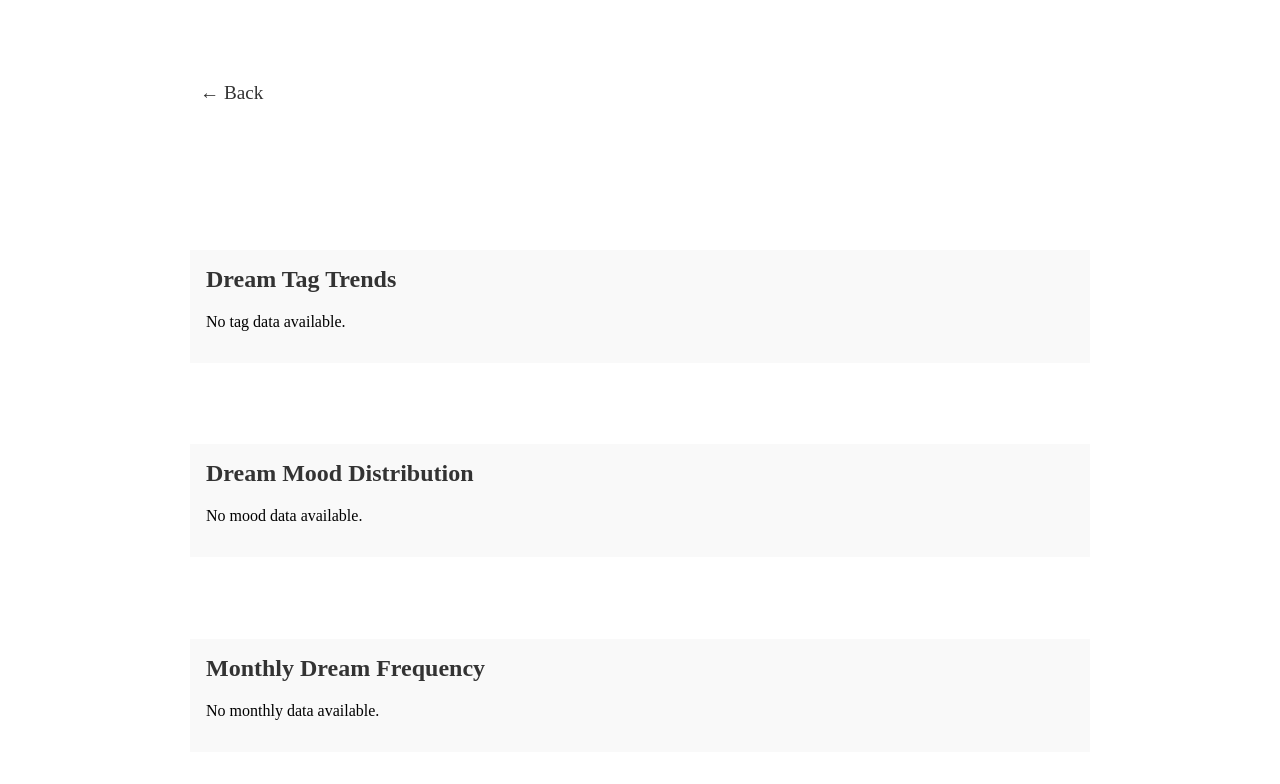
Repository: software-students-spring2025/2-web-app-blabla
Page: templates/analysis.html
The author's editor kept a copy of each file at every save. The page is drawn from the files as they stood at one save, then again after the next save.
The browser window is 1280 px wide. The pictures show the whole page.
Some web fonts or font styles are not loaded; a fallback is used. The template is drawn by Flask 3. The application's start-up code is not run. Other server files are loaded and not shown. The template is opened directly, without the code that normally fills it, so the values that code supplies are empty.

Above is the page before, as saved 2025-03-02 15:40:32.

### templates/analysis.html
<!DOCTYPE html>
<html>
  <head>
    <title>Analysis Page</title>
    <link rel="stylesheet" href="/static/css/style.css">
    <link href="https://fonts.googleapis.com/css2?family=Indie+Flower&display=swap" rel="stylesheet">
    <!-- Inline styling for demonstration -->
    <style>
      /* Container: centered, with a max width */
      .analysis-container {
        max-width: 900px;
        margin: 2rem auto; /* Centers horizontally and adds vertical spacing */
        padding: 0;       /* No internal padding to keep blocks flush at the edges */
      }

      /* Back link style */
      .back-link {
        display: inline-block;
        margin-bottom: 1rem;
        text-decoration: none;
        font-size: 1.2rem;
        color: #333;
      }
      .back-link:hover {
        text-decoration: underline;
      }

      /* Trend blocks: gray background, no gaps between them */
      .trend-container {
        background: #f9f9f9;
        padding: 1rem;
        margin: 0;           /* Remove top/bottom margin */
        border-radius: 0;    /* Remove rounded corners if you want them flush */
      }

      /* Ensure each block is directly stacked with no gap in between */
      .trend-container + .trend-container {
        border-top: 2px solid white; /* Optional: a subtle separator line */
      }

      /* Headings for each block */
      .trend-container h2 {
        margin-top: 0;
        font-size: 1.5rem;
        color: #333;
      }

      /* Trend lists */
      .trend-container ul {
        list-style-type: none;
        padding-left: 0;
        margin: 0;
      }
      .trend-container li {
        margin-bottom: 0.5rem;
        font-size: 1.1rem;
      }
    </style>
  </head>
  <body>
    <div class="analysis-container">
      <a class="back-link" href="/home">← Back</a>

      <!-- 1) Tag Trends -->
      <div class="trend-container">
        <h2>Dream Tag Trends</h2>
        {% if tag_trends %}
          <ul>
            {% for trend in tag_trends %}
              <li><strong>{{ trend._id }}:</strong> {{ trend.count }} dreams</li>
            {% endfor %}
          </ul>
        {% else %}
          <p>No tag data available.</p>
        {% endif %}
      </div>

      <!-- 2) Mood Distribution -->
      <div class="trend-container">
        <h2>Dream Mood Distribution</h2>
        {% if mood_trends %}
          <ul>
            {% for trend in mood_trends %}
              <li><strong>{{ trend._id }}:</strong> {{ trend.count }} dreams</li>
            {% endfor %}
          </ul>
        {% else %}
          <p>No mood data available.</p>
        {% endif %}
      </div>

      <!-- 3) Monthly Dream Frequency -->
      <div class="trend-container">
        <h2>Monthly Dream Frequency</h2>
        {% if month_trends %}
          <ul>
            {% for trend in month_trends %}
              <li>
                <strong>{{ trend._id.year }}-{{ trend._id.month }}:</strong>
                {{ trend.count }} dreams
              </li>
            {% endfor %}
          </ul>
        {% else %}
          <p>No monthly data available.</p>
        {% endif %}
      </div>
    </div>
  </body>
</html>

### static/css/style.css
@import url("https://fonts.googleapis.com/css2?family=Indie+Flower&display=swap");

body {
    font-family: 'Indie Flower', cursive;
    overflow-y:hidden
}

nav{
    display: flex;
    align-items: center;
    height: 100px;
    padding: 12px;
}

.home-container{
    padding:12px;
}

.search-icon{
    width: 60px;
    height: 60px;
}

.bubble-container {
    position: absolute;
    left: 50%;
    transform: translateX(-50%);
    display: flex;
    justify-content: center;
    align-items: stretch;
    width: 100vw;
    z-index: 2;
}

.bubble-img{
    height:860px;
    width: 1000px;
}

.bear-container{
    display:flex;
    flex-direction: column;
    justify-content: flex-end;
    height:90vh;
}

.dream-button{
    position:absolute;
    width:260px;
    height:198px;
    z-index: 2;
    font-size: 24pt;
    font-family: 'Indie Flower', cursive;
    top:80%;
    left: 50%;
    transform: translateX(-50%);
    fill:none;
    background-color: white;
    border: 12pt solid black;
    border-radius: 5pt;
}

.edit-container {
    display: flex;
    flex-direction: column;
    justify-content: space-between;
    width: 100vw;
    height: 100vh;
}

#tag-container{
    display:flex;
    justify-content: center;
    align-items: center;
    width:100vw;
    gap:50px;
    padding:12px;
    margin-top:80px;
}

.tag{
    width:156px;
    height:67px;
    font-size:24pt;
    background-color: transparent;
    border: 2pt solid black;
    border-radius: 5pt;

}

.back-link{
    font-size: 24pt;
    text-decoration: none;
    padding:50px 10px;
    color:black;
    display: block;
    text-align: left;
}

.input-container{
    display:flex;
    justify-content:center;
    margin-top: 40px;
}

#dream-description {
    width: 80%;
    max-width: 624px;
    height: 400px;
    padding: 10px;
    font-size: 18px;
    box-sizing: border-box;
    border: 2px solid black;
}

.button-container{
    display:flex;
    justify-content:center;
    gap:15px;
    margin-top:40px;
}

.edit-button{
    width: 156px;
    height:67px;
    font-size:24pt;
    background-color: transparent;
    border: 2px solid black;
    border-radius: 5px
}

.bear{
    display:flex;
    flex-direction: column;
    justify-content: flex-end;
    height:auto;
}

.analysis-container {
    display: flex;
    flex-direction: column;
    justify-content: space-between;
    width: 100vw;
    height: 100vh;
}

#dream-search{
    width:624px;
    height: 42px;
    font-size:24pt;
}

.login-container {
    display: flex;
    flex-direction: column;
    justify-content: center;
    align-items: center;
    width: 100vw;
    height: 100vh;
}

.input-container {
    display: flex;
    flex-direction: column;
    align-items: flex-start;
    margin-bottom: 15px;
}

.input-container label {
    font-size: 18px;
    margin-bottom: 5px;
}

.input-container input {
    width: 260px;
    height: 30px;
    font-size: 16px;
    border: 1px solid black;
    padding: 5px;
}

.button-container {
    margin-top: 20px;
}

.login-button {
    width: 260px;
    height: 40px;
    font-size: 18px;
    background-color: #D9D9D9;
    border: 2px solid black;
    border-radius: 5px;
    cursor: pointer;
}

.signup-text {
    font-size: 14px;
    margin-top: 15px;
}

.signup-link {
    font-size: 18px;
    font-weight: bold;
    text-decoration: none;
    color: black;
}

.login-image {
    width: 125px;
    height: 125px;
}

.signup-container {
    display: flex;
    flex-direction: column;
    justify-content: center;
    align-items: center;
    width: 100vw;
    height: 100vh;
}

.signup-button {
    width: 260px;
    height: 40px;
    font-size: 18px;
    background-color: #D9D9D9;
    border: 2px solid black;
    border-radius: 5px;
    cursor: pointer;
}

.signup-image {
    width: 125px;
    height: 125px;
}

.adddream-container {
    display: flex;
    flex-direction: column;
    justify-content: flex-start;
    align-items: center;
    width: 100vw;
    height: 100vh;
    padding: 20px;
}

.bear-header {
    margin-top: 60px;
    margin-bottom: 20px;
}
.bear-image {
    width: 150px;
    height: auto;
}

.date-container {
    margin-bottom: 20px;
    text-align: left;
    width: 80%;
    max-width: 624px;
}
.date-label {
    display: block;
    font-size: 16px;
    margin-bottom: 8px;
}
.date-inputs {
    display: flex;
    gap: 10px;
}
.date-inputs input {
    width: 90px;
    border: 1px solid black;
    padding: 5px;
    font-size: 16px;
    text-align: center;
}

.tags-container {
    margin-bottom: 20px;
    width: 80%;
    max-width: 624px;
}
.tags-container p {
    font-size: 16px;
    margin-bottom: 10px;
}
.tag {
    background-color: transparent;
    border: 2px solid black;
    border-radius: 5px;
    font-size: 18px;
    margin: 5px;
    padding: 5px 10px;
    cursor: pointer;
}

.description-container {
    width: 80%;
    max-width: 624px;
    margin-bottom: 20px;
}
.description-container label {
    display: block;
    font-size: 16px;
    margin-bottom: 8px;
}
#dream-description {
    width: 100%;
    height: 150px;
    border: 2px solid black;
    font-size: 16px;
    padding: 10px;
    box-sizing: border-box;
}

.save-dream-button {
    width: 220px;
    height: 40px;
    font-size: 18px;
    background-color: #D9D9D9;
    border: 2px solid black;
    border-radius: 5px;
    cursor: pointer;
}

.flash-message {
    font-weight: bold;
    margin: 10px 0;
  }

  .flash-message.error {
    color: red;
  }

  .flash-message.success {
    color: green;
  }
  /* Star Cloud Container */
  #star-container {
    position: absolute;
    top: 0;
    left: 0;
    width: 100%;
    height: 500px; /* 根据需要调整高度 */
    background: transparent;
    z-index: 3; /* 确保高于背景但低于其他关键元素 */
  }


  /* Star Button Style */
  .star {
    width: 50px;
    height: 50px;
    background: url("/static/images/star.svg") no-repeat center;
    background-size: contain;
    position: absolute;
    cursor: pointer;
  }

  /* Tooltip on hover for star button */
  .star:hover::after {
    content: attr(title);
    position: absolute;
    bottom: -25px;
    left: 0;
    background: rgba(255, 255, 255, 0.8);
    color: #000;
    padding: 3px 5px;
    border-radius: 3px;
    white-space: nowrap;
    z-index: 999;
  }

#search-box{
    width:300px;
    height:50px;
    font-size: 16pt;
    padding-left: 20px;
    display: none;
}

.analysis-button {
    font-family: 'Indie Flower', cursive;
    padding: 10px 20px;
    font-size: 24px;
    border: none;
    border-radius: 5px;
    cursor: pointer;
  }

.center-button-container {
    position: absolute;
    left: 50%;
    transform: translate(-50%, -50%);
}

After the next save:
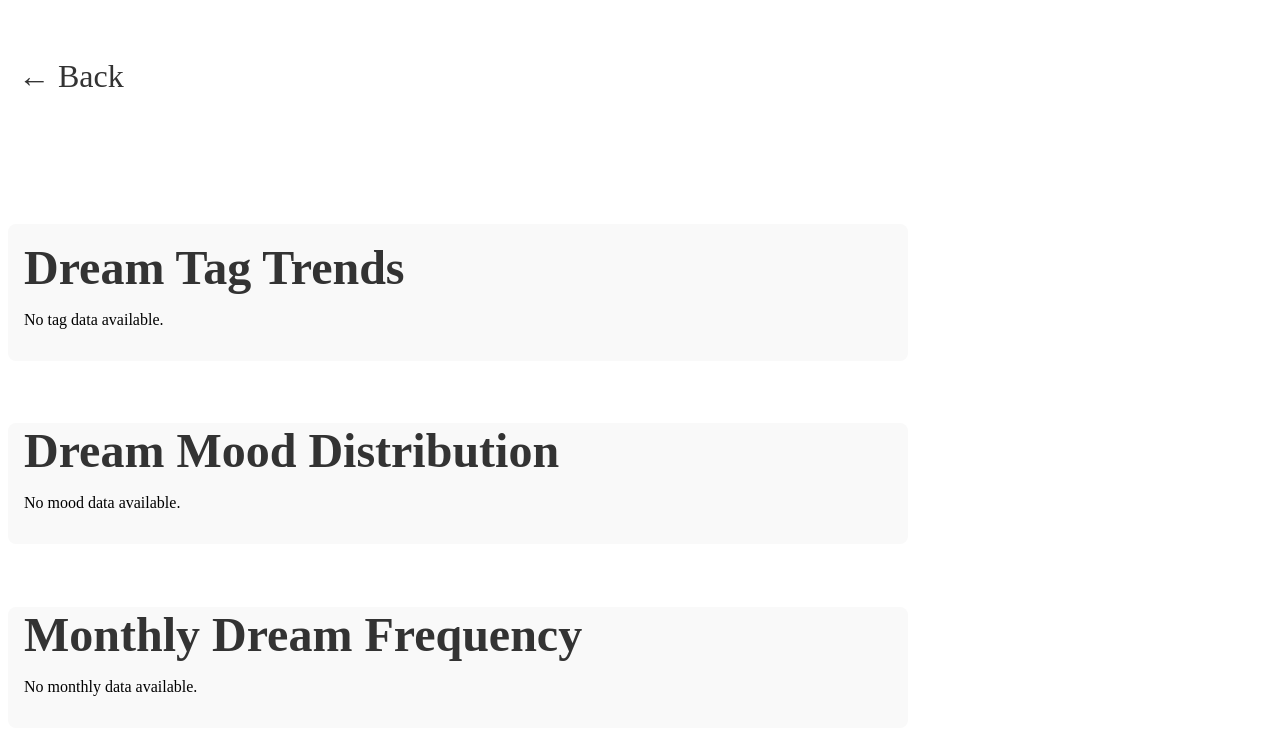
Saved 3 min 23 s later.
--- a/templates/analysis.html
+++ b/templates/analysis.html
@@ -3,62 +3,62 @@
   <head>
     <title>Analysis Page</title>
     <link rel="stylesheet" href="/static/css/style.css">
-    <link href="https://fonts.googleapis.com/css2?family=Indie+Flower&display=swap" rel="stylesheet">
-    <!-- Inline styling for demonstration -->
+    <link
+      href="https://fonts.googleapis.com/css2?family=Indie+Flower&display=swap"
+      rel="stylesheet"
+    />
     <style>
-      /* Container: centered, with a max width */
+      /* Center the container and give it a max width */
       .analysis-container {
         max-width: 900px;
-        margin: 2rem auto; /* Centers horizontally and adds vertical spacing */
-        padding: 0;       /* No internal padding to keep blocks flush at the edges */
+        padding: 0;
       }
 
-      /* Back link style */
+      /* Style the back link */
       .back-link {
         display: inline-block;
         margin-bottom: 1rem;
         text-decoration: none;
-        font-size: 1.2rem;
+        font-size: 2rem;
         color: #333;
       }
       .back-link:hover {
         text-decoration: underline;
       }
-
-      /* Trend blocks: gray background, no gaps between them */
       .trend-container {
         background: #f9f9f9;
+        border-radius: 8px;
         padding: 1rem;
-        margin: 0;           /* Remove top/bottom margin */
-        border-radius: 0;    /* Remove rounded corners if you want them flush */
+        margin-bottom: 0;
       }
 
-      /* Ensure each block is directly stacked with no gap in between */
       .trend-container + .trend-container {
-        border-top: 2px solid white; /* Optional: a subtle separator line */
+        margin-top: 0;
+        border-top: none;
+        padding-top: 0;
       }
 
-      /* Headings for each block */
+      /* Larger font sizes */
       .trend-container h2 {
-        margin-top: 0;
-        font-size: 1.5rem;
+        margin: 0 0 1rem;
+        font-size: 3rem;
         color: #333;
       }
 
-      /* Trend lists */
+      /* Remove default list styling, bigger font */
       .trend-container ul {
         list-style-type: none;
         padding-left: 0;
-        margin: 0;
       }
       .trend-container li {
         margin-bottom: 0.5rem;
-        font-size: 1.1rem;
+        font-size: 2rem;
       }
     </style>
   </head>
   <body>
     <div class="analysis-container">
+      <!-- Back link -->
       <a class="back-link" href="/home">← Back</a>
 
       <!-- 1) Tag Trends -->
